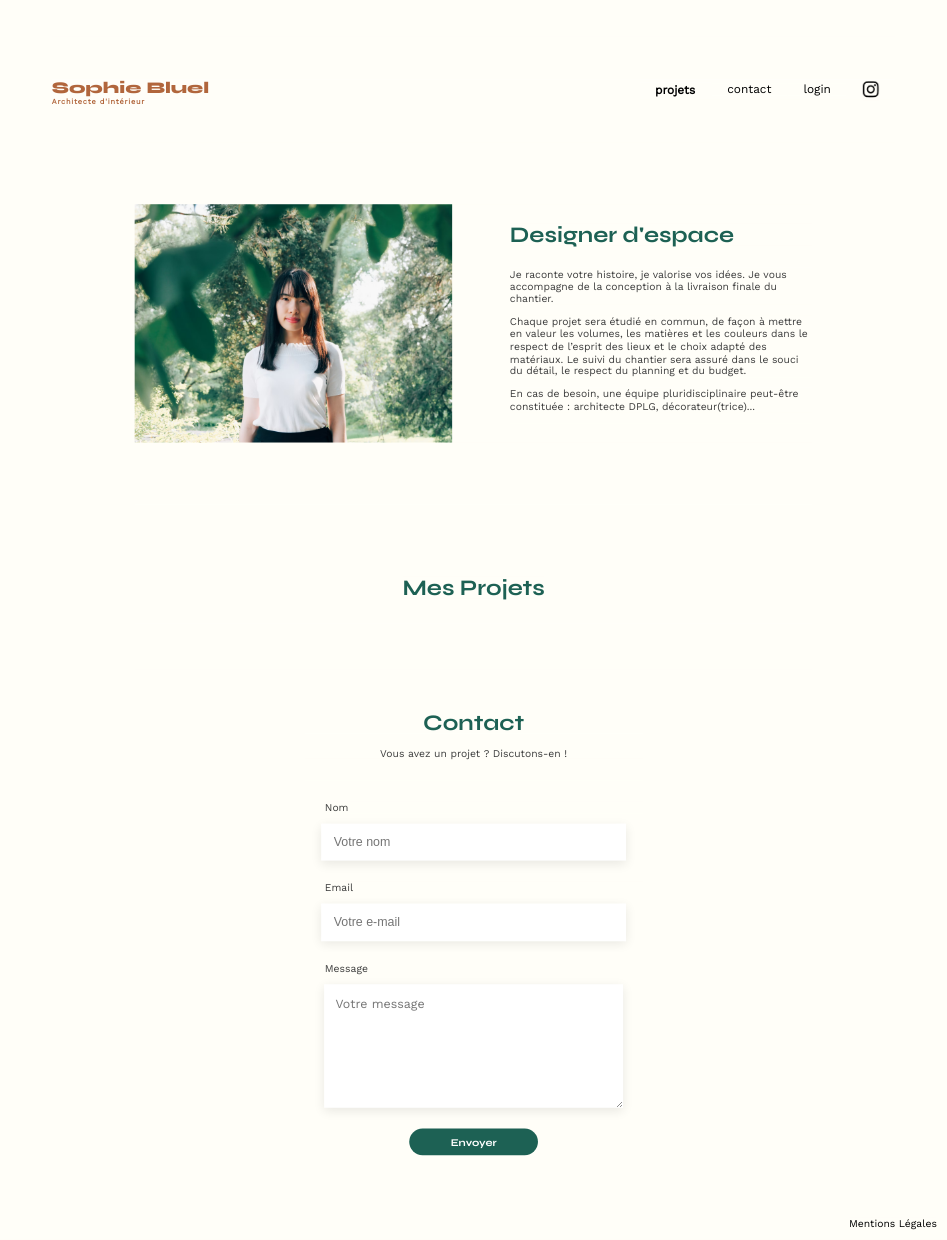
Repository: BlueSoley23/openclassrooms
Page: FrontEnd/index.html
The author's editor kept a copy of each file at every save. The page is drawn from the files as they stood at one save, then again after the next save.
The browser window is 1280 px wide. The pictures show the whole page, at 74% of full size.
The page's requests for data from a server got no answer.

Above is the page before, as saved 2023-12-21 07:28:26.
Console error: TypeError: categories is not iterable

After the next save:
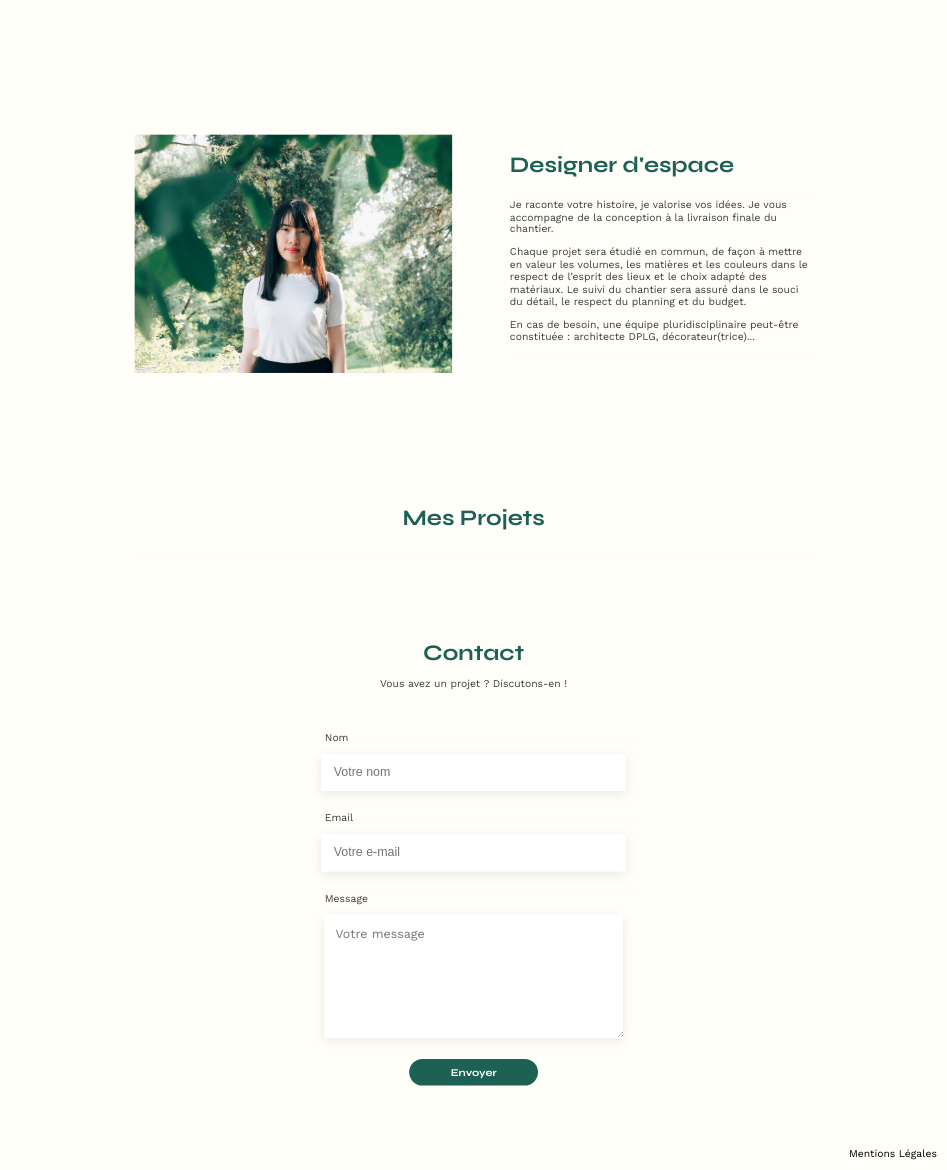
Saved 64 s later.
--- a/FrontEnd/index.html
+++ b/FrontEnd/index.html
@@ -80,7 +80,7 @@
 			<p class="edit-bar__title">Mode édition</p>
 		</div>
 
-		<div class="header-block">
+		<div class="header-block hidden">
 			<!-- En-tête de la page contenant un titre et un sous titre-->
 			<!-- Elements : title /  subtitle -->
 			<a href="./index.html"><h1 class="header__title">Sophie Bluel <span class="header__subtitle">Architecte d'intérieur</span></h1></a>

After the save that followed:
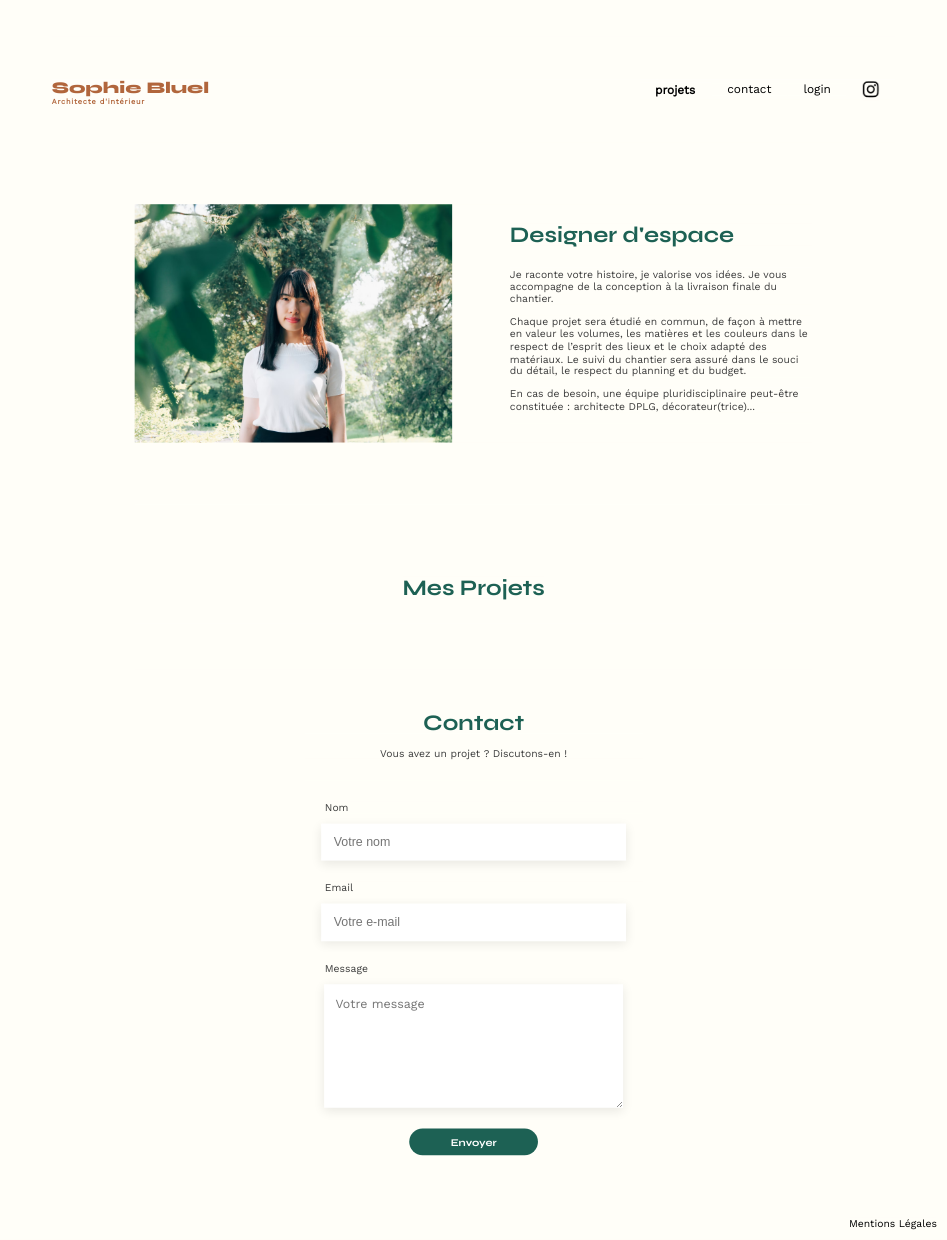
Saved 5 s later.
--- a/FrontEnd/index.html
+++ b/FrontEnd/index.html
@@ -80,7 +80,7 @@
 			<p class="edit-bar__title">Mode édition</p>
 		</div>
 
-		<div class="header-block hidden">
+		<div class="header-block">
 			<!-- En-tête de la page contenant un titre et un sous titre-->
 			<!-- Elements : title /  subtitle -->
 			<a href="./index.html"><h1 class="header__title">Sophie Bluel <span class="header__subtitle">Architecte d'intérieur</span></h1></a>
